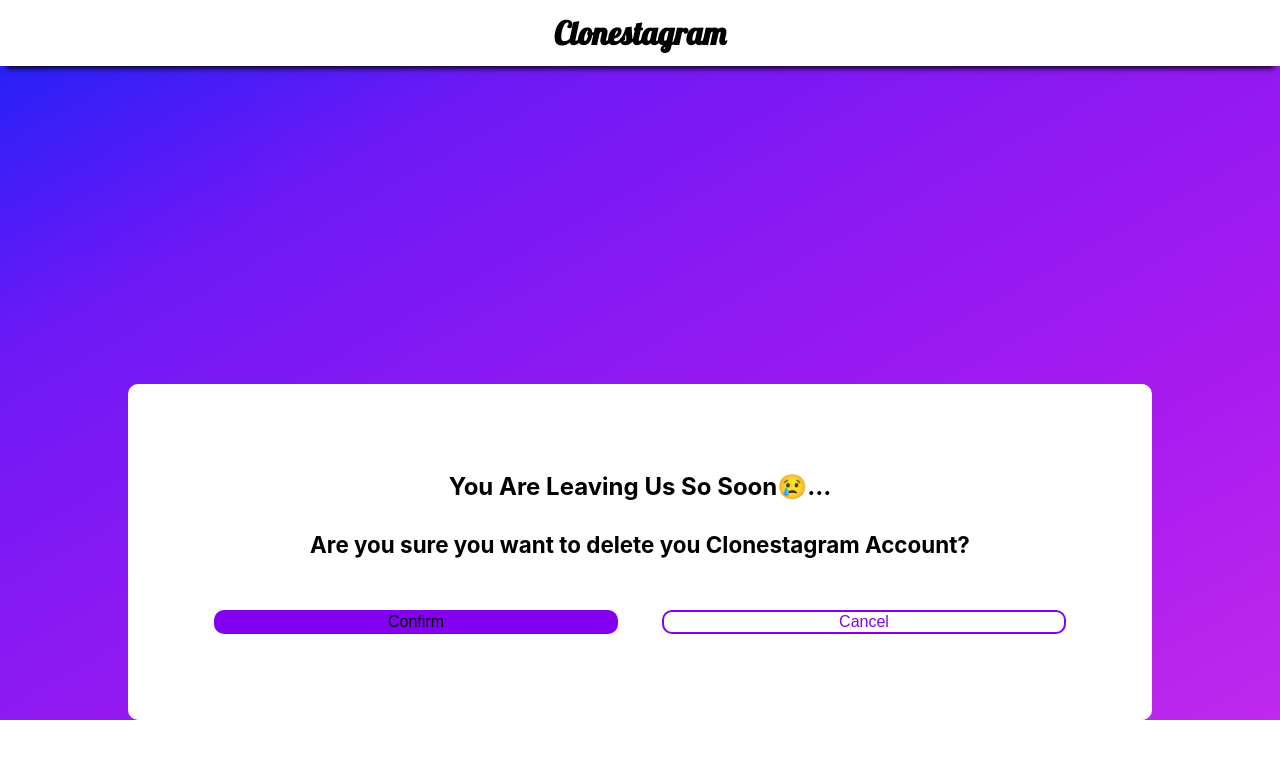
Repository: MikeMoore55/clonestagram
Page: /delaccount
An editor plug-in stored every save of this project. The page is shown before and after the next save, followed by the edit.
The browser window is 1280 px wide. The pictures show the whole page.
The page's requests for data from a server got no answer. The project was rebuilt for these pictures with package versions that can differ from the ones it lists, and the page was loaded fresh each time. The framework's server and built-in components were replaced by stand-ins that run in the browser. No one was signed in, and anything a server would have sent is missing. Also part of the build but not shown: next.config.js.

Above is the page before, as saved 2022-11-24 09:09:29.

After the next save:
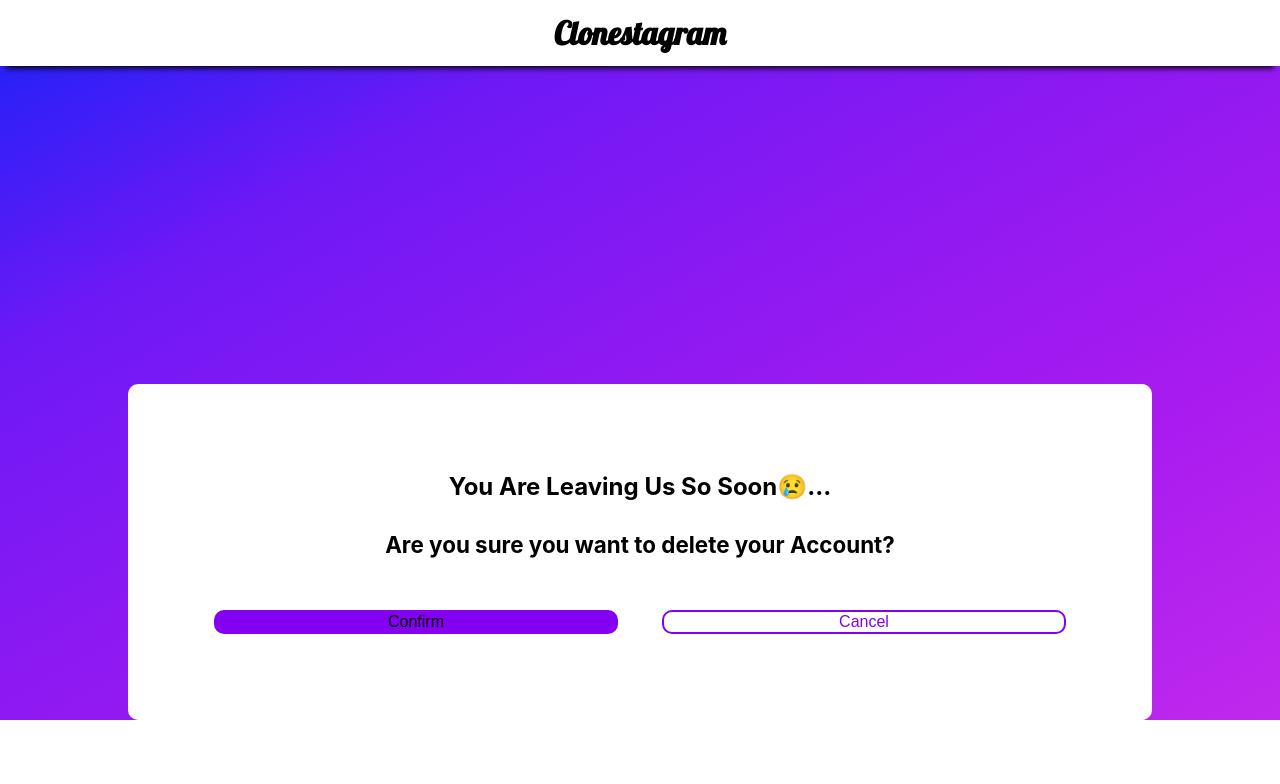
Saved 15 s later.
--- a/pages/delaccount.jsx
+++ b/pages/delaccount.jsx
@@ -52,7 +52,7 @@ export default function DelAccount( { data } ) {
         <div className={styles.container}>
             <div className={styles.block}>
                 <h3 className={styles.heading1}>You Are Leaving Us So Soon😢...</h3>
-                <h4 className={styles.heading2}>Are you sure you want to delete you Clonestagram Account?</h4>
+                <h4 className={styles.heading2}>Are you sure you want to delete your Account?</h4>
                 <div className={styles.btnContainer}>
                     <button className={styles.confirm} onClick={() => delAccount()}>Confirm</button>
                     <button className={styles.cancel}><Link href={'/home'}>Cancel</Link></button>
